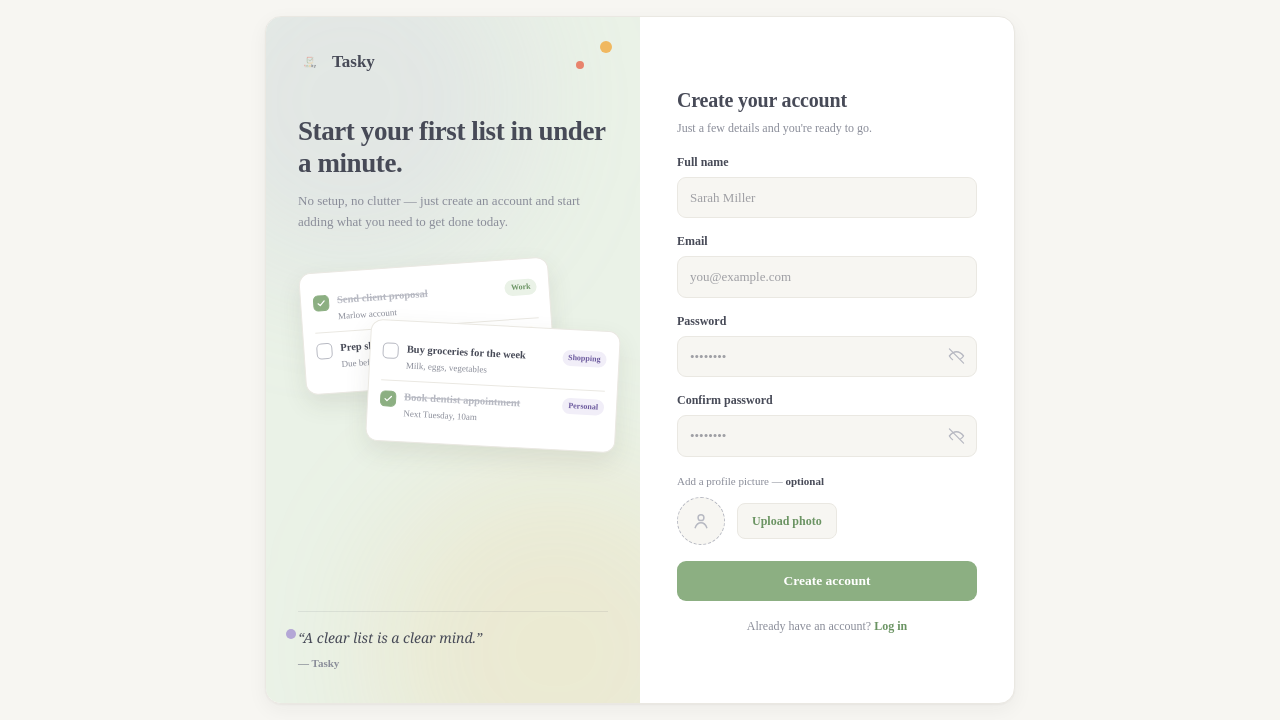
Repository: Anfel-bth/Tasky_
Page: /register (app in task-manager-frontend/)
These files come from the project's save history. The page is drawn as it stood at one moment and after a run of saves; the edit follows.
The browser window is 1280 px wide. The pictures show the whole page.
The project was rebuilt for these pictures with package versions that can differ from the ones it lists, and the page was loaded fresh each time. Also part of the build but not shown: task-manager-frontend/vite.config.js, task-manager-frontend/src/Components/login.jsx, task-manager-frontend/src/Components/Landing.jsx, task-manager-frontend/src/Components/dashboard.jsx.

Above is the page before, as saved 2026-09-02 12:10:17.

After the next 2 saves:
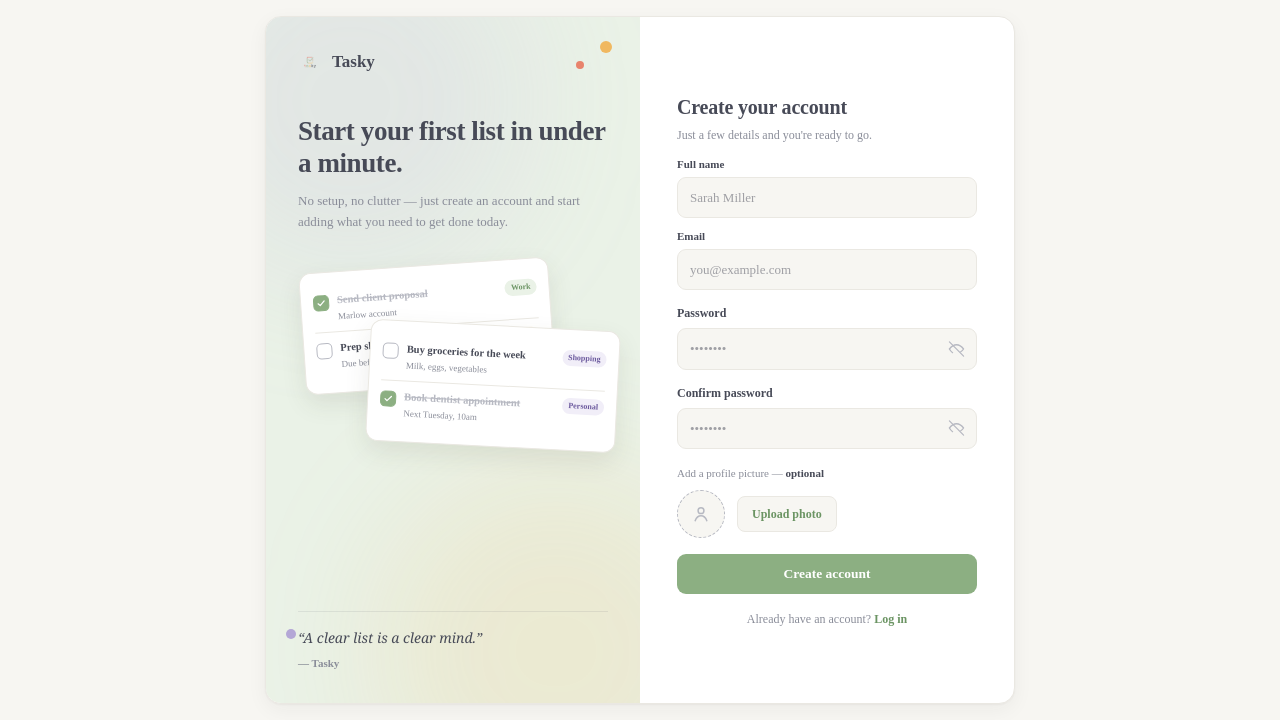
The 2 saves are shown as one change because they came seconds apart.
The last was saved 8 s later.
--- a/task-manager-frontend/src/Components/register.jsx
+++ b/task-manager-frontend/src/Components/register.jsx
@@ -167,8 +167,8 @@ const Register = () => {
 
             <form onSubmit={handleSubmit}>
               {/* Full name */}
-              <div className="mt-4">
-                <label className="mb-1.5 block text-[12px] font-bold">
+              <div className="mt-3">
+                <label className="mb-1 block text-[11px] font-bold">
                   Full name
                 </label>
 
@@ -183,8 +183,8 @@ const Register = () => {
               </div>
 
               {/* Email */}
-              <div className="mt-3.5">
-                <label className="mb-1.5 block text-[12px] font-bold">
+              <div className="mt-2.5">
+                <label className="mb-1 block text-[11px] font-bold">
                   Email
                 </label>
 
